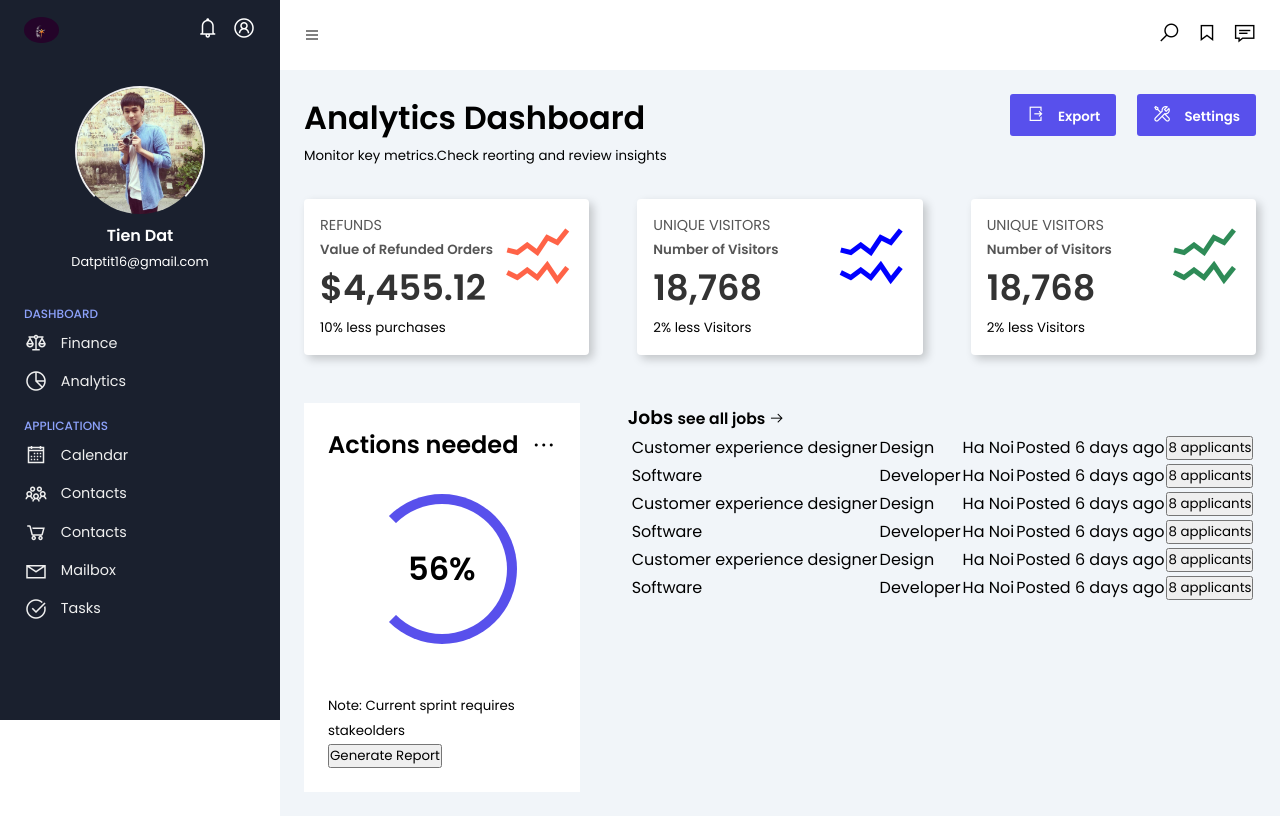
Repository: Datt21/dashboard-fe-project
Page: index.html
An editor plug-in stored every save of this project. The page is shown before and after the next save, followed by the edit.
The browser window is 1280 px wide. The pictures show the whole page.

Above is the page before, as saved 2021-06-08 19:39:25.

After the next save:
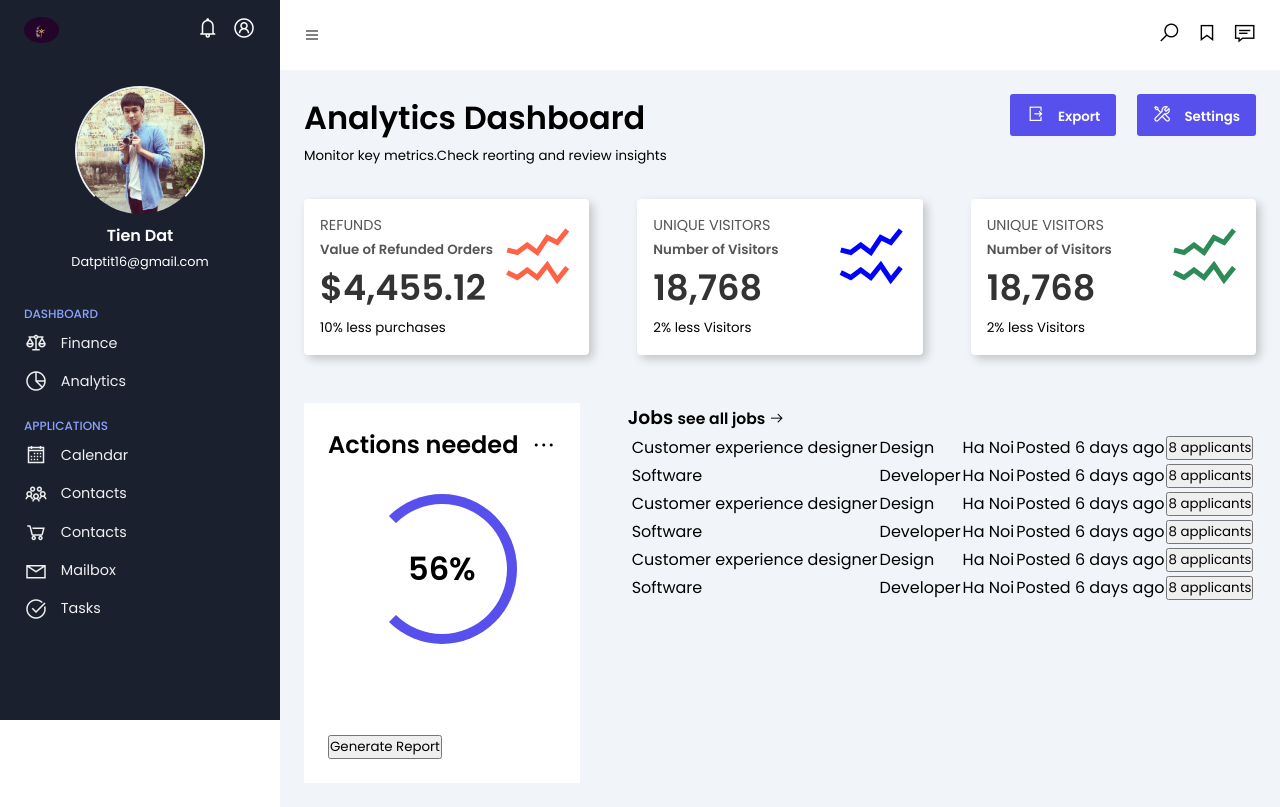
Saved 61 s later.
--- a/assets/css/style.css
+++ b/assets/css/style.css
@@ -235,8 +235,11 @@ main {
     font-size: 1.5rem;
 }
 
-.analytics__chart{
-
+.analytics__chart small{
+    font-weight: 600;
+    color: #fff;
+    display: block;
+    margin-bottom: 1px;
 }
 
 .chart__circle{
